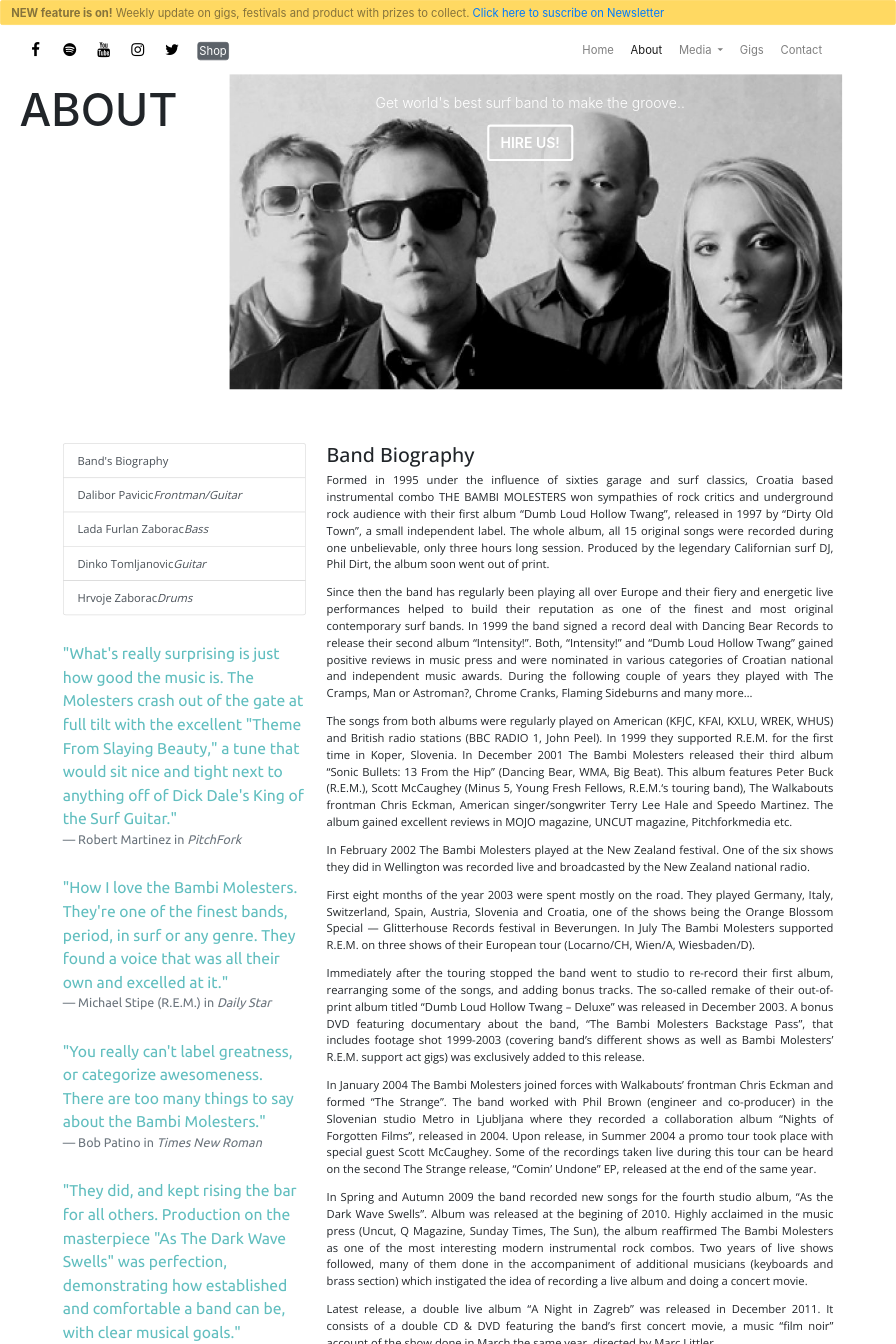
Repository: NamcorStudent/Stream_1_Project_HTML5-CSS3
Page: about.html
The author's editor kept a record of every edit. The page is drawn from the files as they stood at one moment, then again after the next edit.
The browser window is 1280 px wide. The pictures show the part of the page from y = 0 to 1920 px (the page is 3039 px tall), at 70% of full size.
Some web libraries are served in a nearby version.

Above is the page before.

After the next edit:
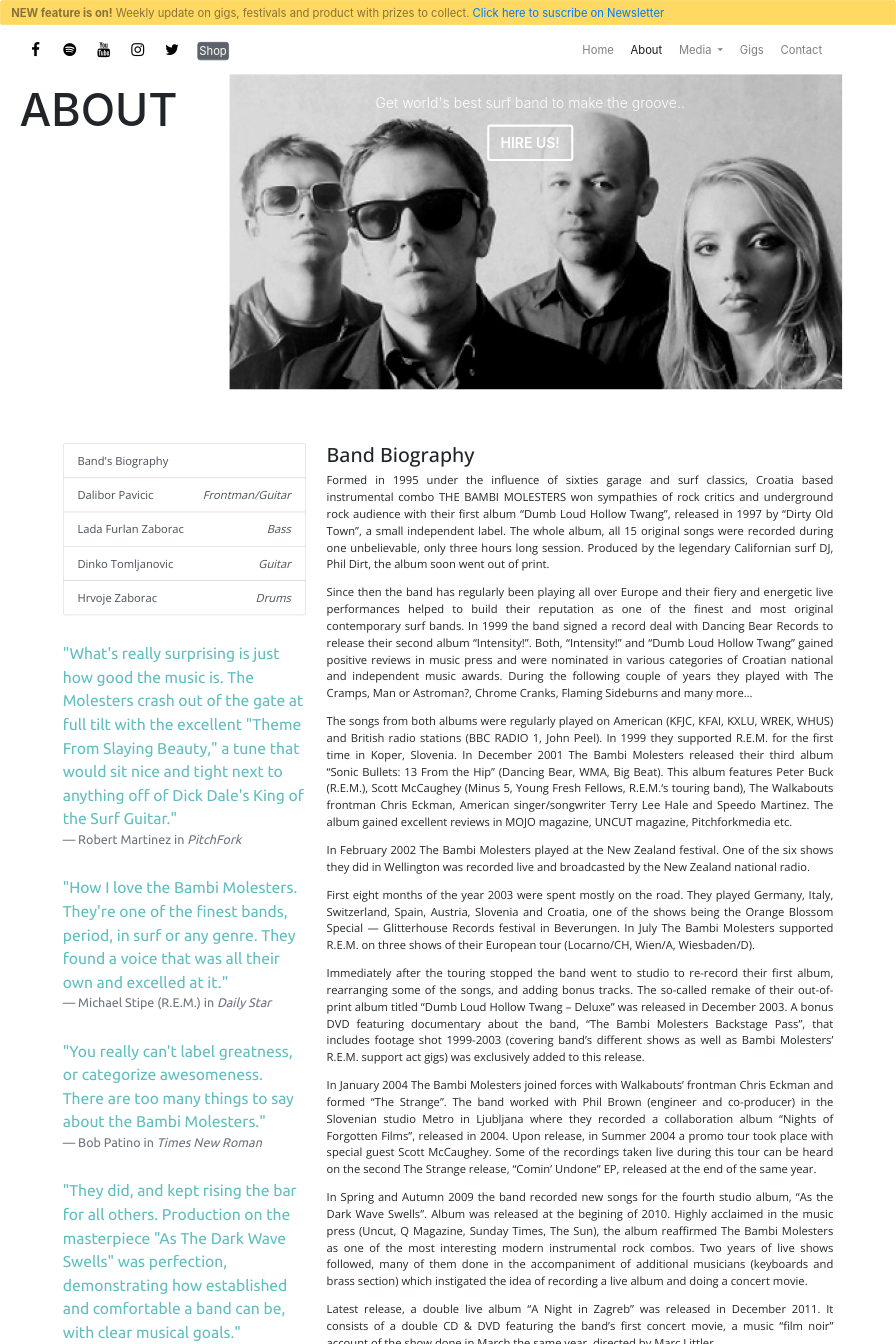
The edit:
--- a/assets/css/style.css
+++ b/assets/css/style.css
@@ -202,6 +202,12 @@
     margin-top: 6vw;
 }
 
+/* About */
+
+#band-selection > div.list-group.band-memebers > a > i{
+    float: right;
+}
+
 .quotes{
     font-family: "ubuntu", sans-serif;
     color: #61bebf;
